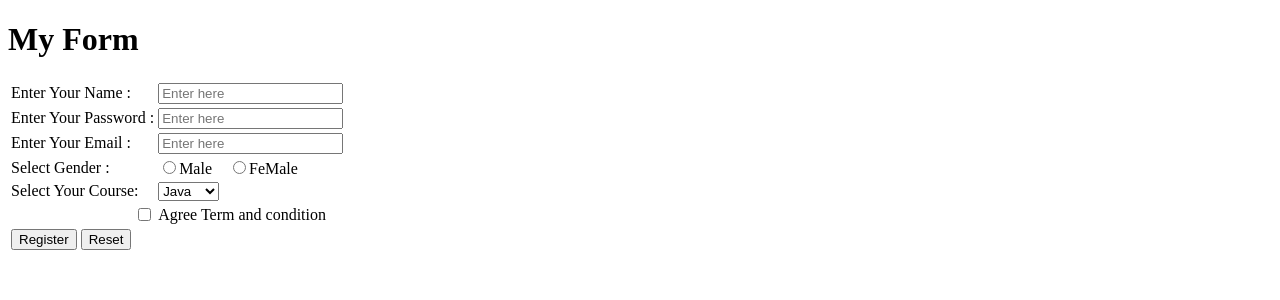
Repository: Kamleshmaury/CoreJava
Page: RegistrationForm/src/main/webapp/index.html
An editor plug-in stored every save of this project. The page is shown before and after the next save, followed by the edit.
The browser window is 1280 px wide. The pictures show the whole page.

Above is the page before, as saved 2022-10-18 09:04:16.

### RegistrationForm/src/main/webapp/index.html
<!DOCTYPE html>
<html>
<head>
<meta charset="UTF-8">
<title>Registration Form</title>
</head>
<body>
	<div class="container">
		<h1>My Form</h1>
		<form action="RegistrationServlet" method="post">
			<table>
				<tr>
					<td>Enter Your Name : </td>
					<td> <input type ="text" name="name" placeholder="Enter here"></td>
				</tr>
				<tr>
					<td>Enter Your Password : </td>
					<td> <input type ="password" name="password" placeholder="Enter here"></td>
				</tr>
				<tr>
					<td>Enter Your Email : </td>
					<td> <input type ="email" name="email" placeholder="Enter here"></td>
				</tr>
				<tr>
					<td>Select Gender : </td>
					<td><input type="radio" name="gender" value="male">Male &nbsp; &nbsp;<input type="radio" name="gender" value="female">FeMale </td>
				</tr>

				<tr>
					<td>Select Your Course:</td>
					<td>
						<select name="course">
							<option value="java">Java</option>
							<option value="c++">C++</option>
							<option value="Spring">Spring</option>
							<option value="Mysql">MySql</option>
						</select>
					</td>
				</tr>

				<tr>
					<td style="text-align:right">
						<input type="checkbox" value="checked" name="condition"/>
					</td>
					<td>Agree Term and condition</td>
				</tr>
				<tr>
					<td>
						<button type="submit">Register </button>
					 	<button type="reset">Reset </button>
					 </td>
				</tr>
			</table>

		</form>
	</div>
</body>
</html>

After the next save:
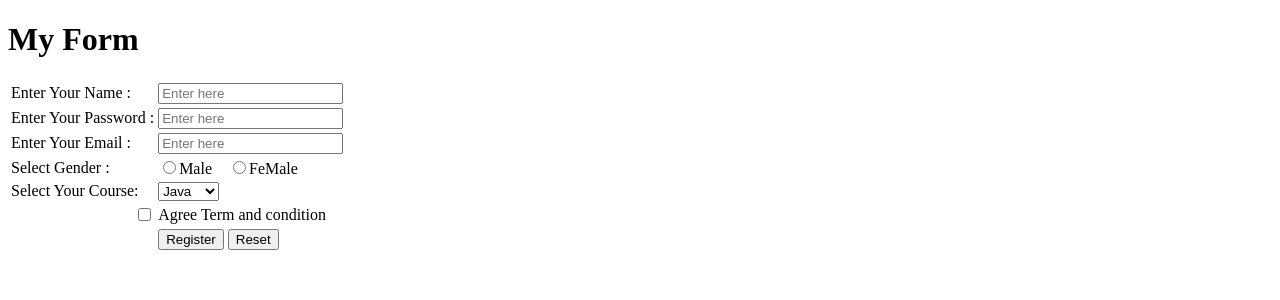
Saved 81 s later.
--- a/RegistrationForm/src/main/webapp/index.html
+++ b/RegistrationForm/src/main/webapp/index.html
@@ -45,6 +45,9 @@
 					<td>Agree Term and condition</td>
 				</tr>
 				<tr>
+				<td>
+
+				</td>
 					<td>
 						<button type="submit">Register </button>
 					 	<button type="reset">Reset </button>
